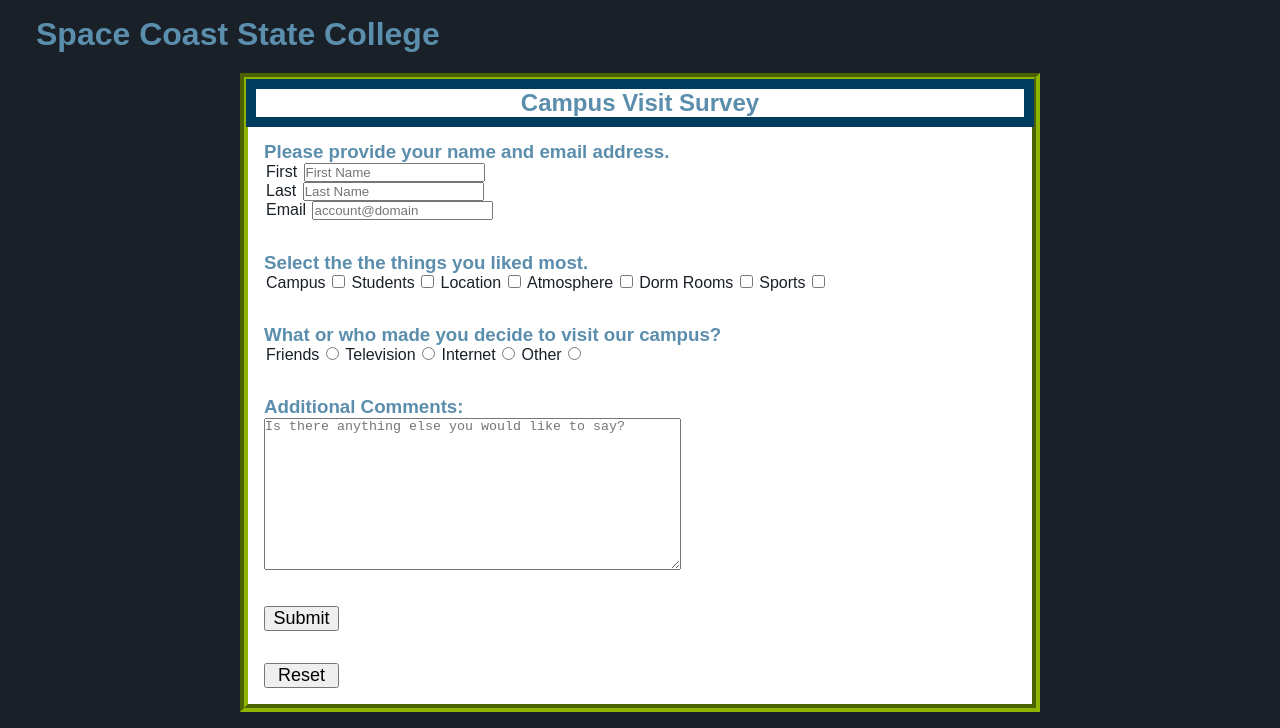
Repository: mlmEFSC21/P2-University-Form
Page: index.html
The author's editor kept a copy of each file at every save. The page is drawn from the files as they stood at one save, then again after the next save.
The browser window is 1280 px wide. The pictures show the whole page.
Some web fonts or font styles are not loaded; a fallback is used.

Above is the page before, as saved 2022-01-29 20:05:02.

After the next save:
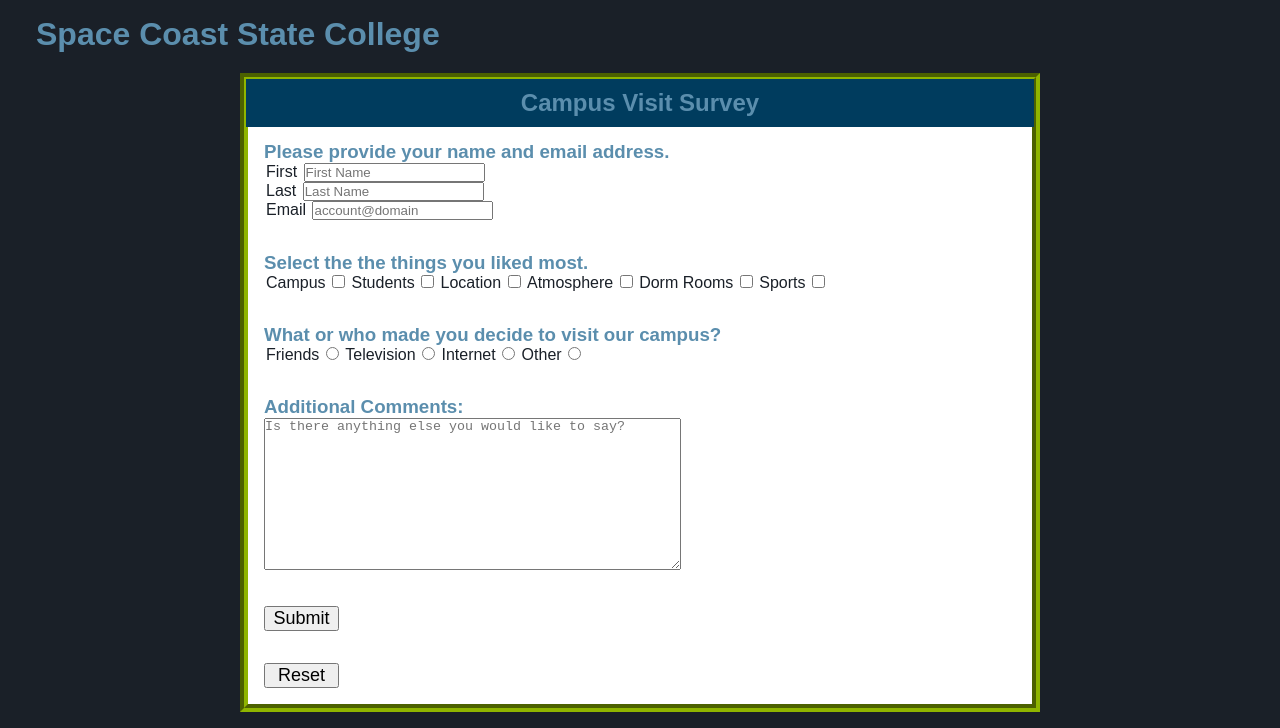
Saved 4 s later.
--- a/uniFormStyles.css
+++ b/uniFormStyles.css
@@ -29,7 +29,7 @@ header {
 h2 {
     margin: -0.75em;
     background-color: var(--clr-prime);
-    background: fixed;
+
     border: 10px solid var(--clr-prime);
     text-align: center;
 }
